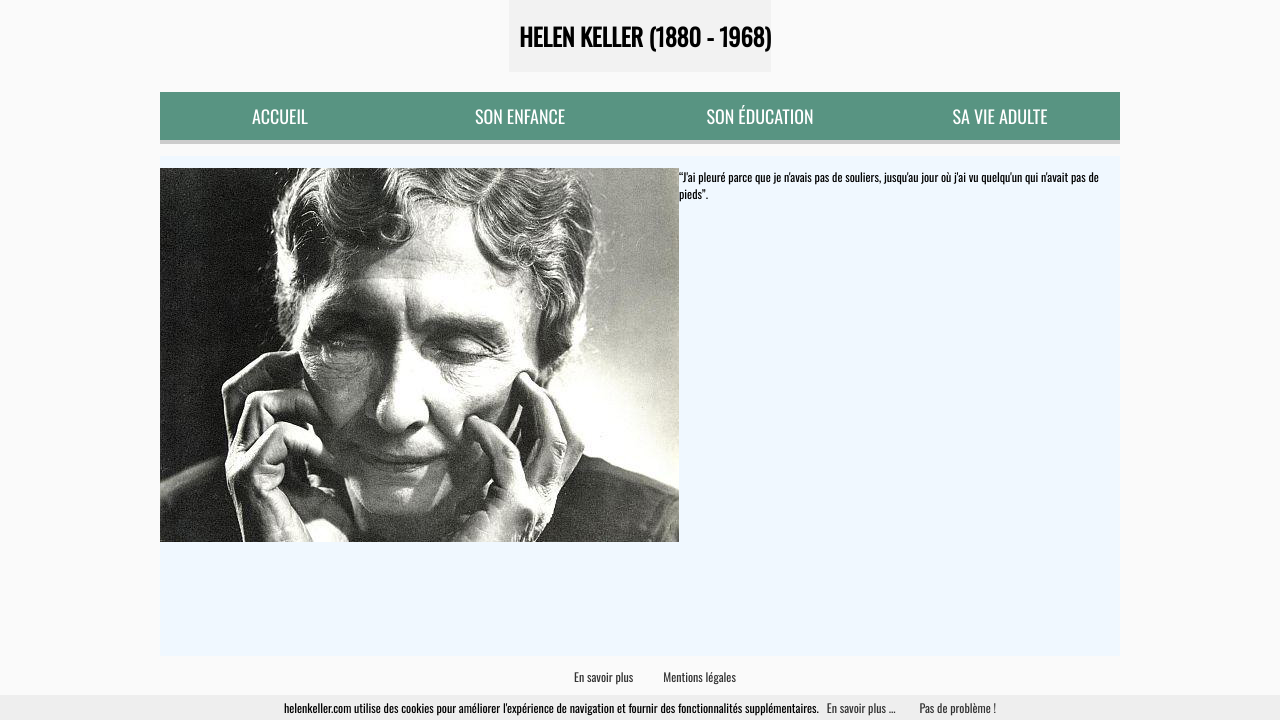
Repository: Luc010/Exercices
Page: HTML CSS/biographie_helen_keller/index.html
These files come from the project's save history. The page is drawn as it stood at one moment and after the next save; the edit follows.
The browser window is 1280 px wide. The pictures show the whole page.

Above is the page before, as saved 2019-09-06 11:09:25.

After the next save:
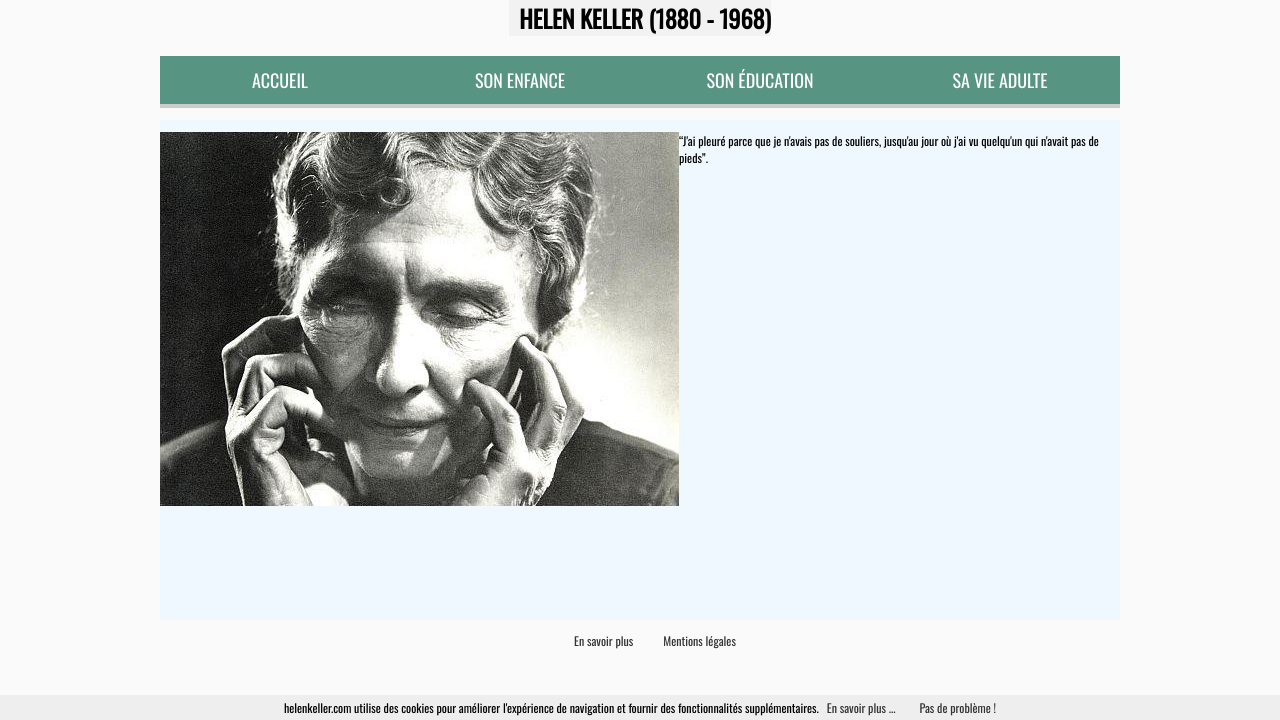
Saved 9 s later.
--- a/HTML CSS/biographie_helen_keller/style.css
+++ b/HTML CSS/biographie_helen_keller/style.css
@@ -75,6 +75,7 @@ ul >.navlink {
 
 header {
     background-color: #f2f2f2;
+    width: 100
     height: 72px;
     display: flex;
     align-items: center;

After the save that followed:
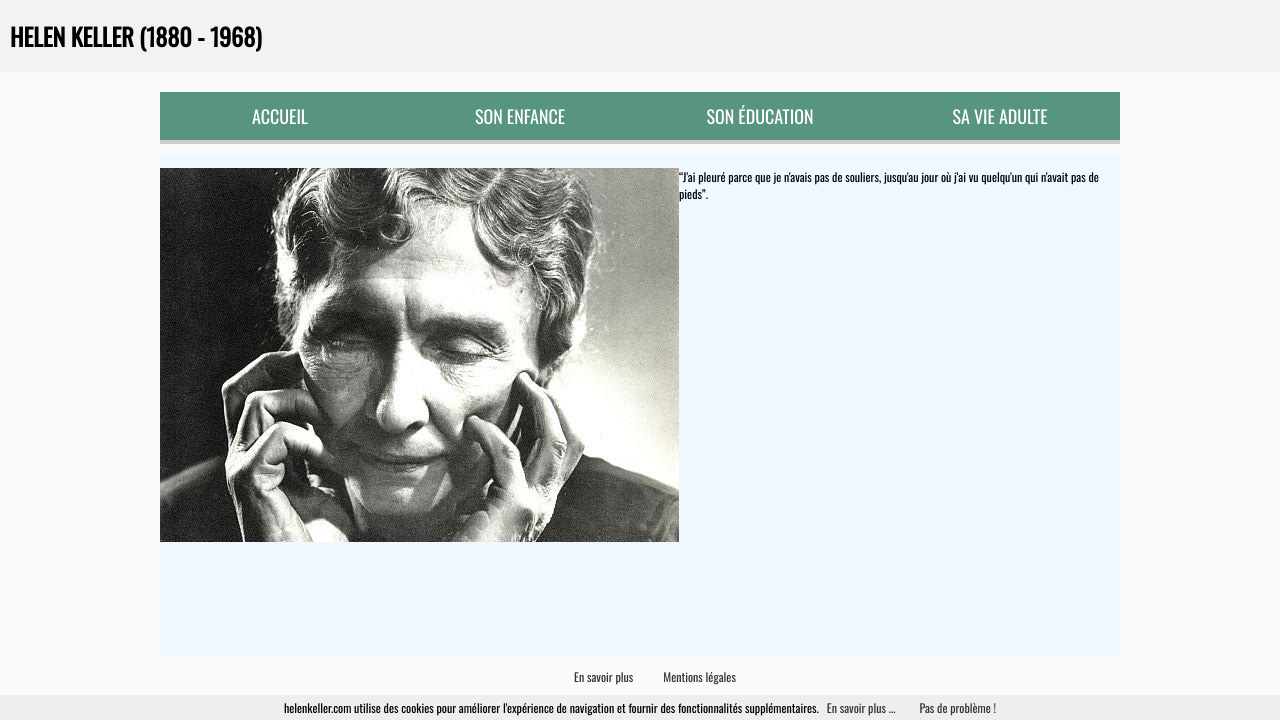
Saved 7 s later.
--- a/HTML CSS/biographie_helen_keller/style.css
+++ b/HTML CSS/biographie_helen_keller/style.css
@@ -75,7 +75,7 @@ ul >.navlink {
 
 header {
     background-color: #f2f2f2;
-    width: 100
+    width: 100%;
     height: 72px;
     display: flex;
     align-items: center;
